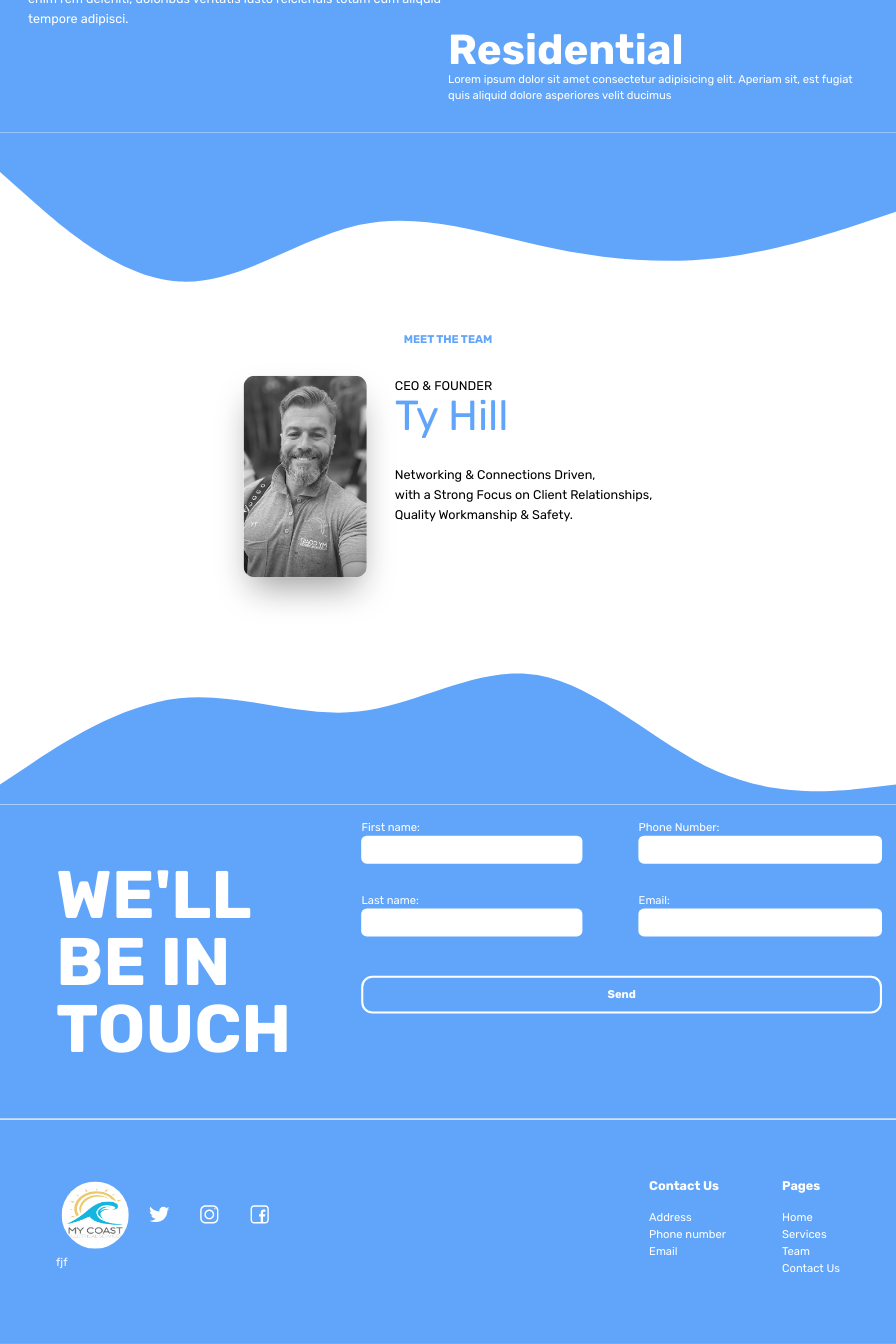
Repository: Jace-Kington/mce-website
Page: /
The author's editor kept a copy of each file at every save. The page is drawn from the files as they stood at one save, then again after the next save.
The browser window is 1280 px wide. The pictures show the part of the page from y = 1377 to 3297 px (the page is 3297 px tall), at 70% of full size.
The project was rebuilt for these pictures with package versions that can differ from the ones it lists, and the page was loaded fresh each time. The framework's server and built-in components were replaced by stand-ins that run in the browser. Also part of the build but not shown: next.config.js.

Above is the page before, as saved 2022-11-12 14:30:22.

After the next save:
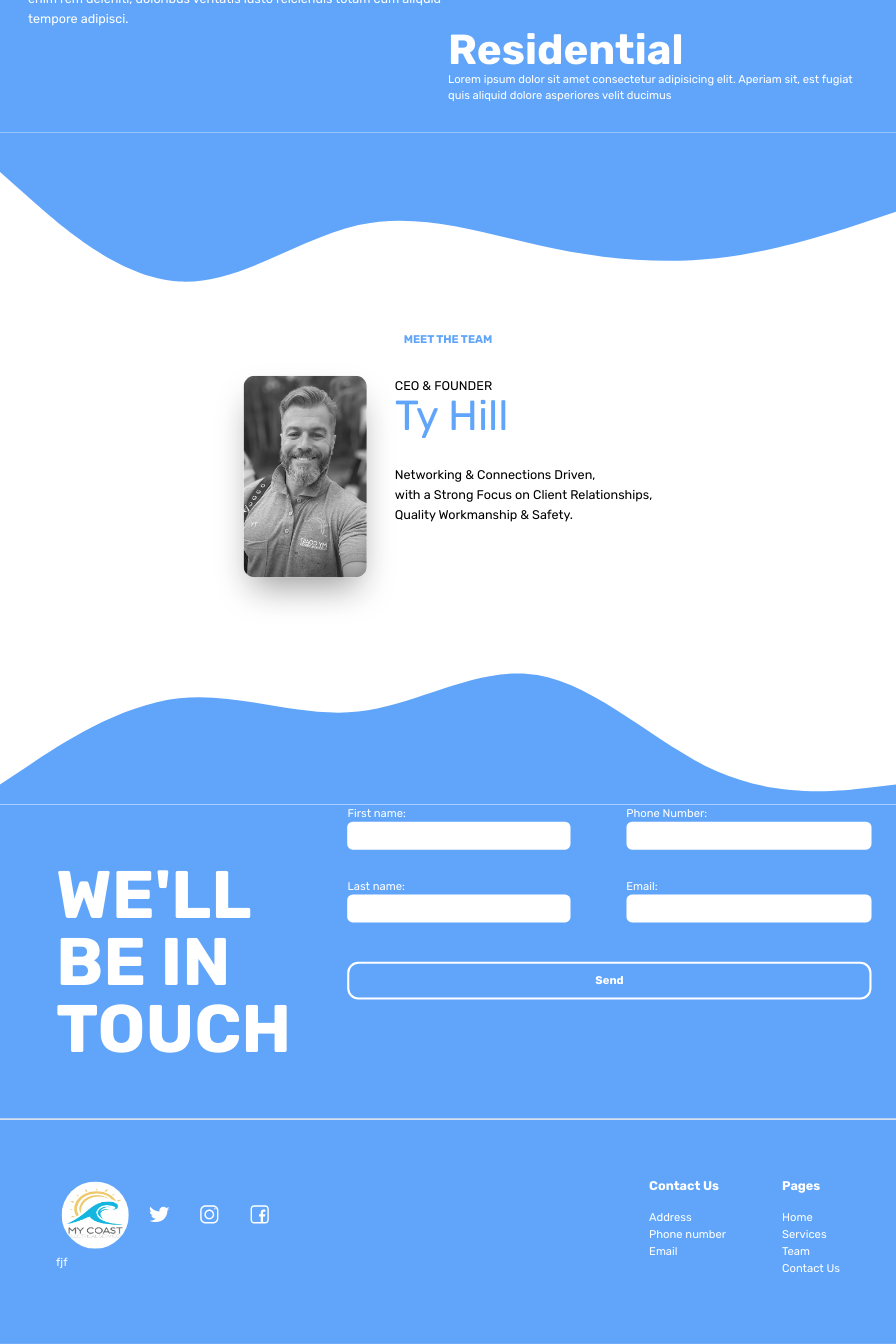
Saved 5 s later.
--- a/components/ContactUs.jsx
+++ b/components/ContactUs.jsx
@@ -33,7 +33,7 @@ const ContactUs = () => {
           <div className='text-white uppercase text-center text-4xl font-semibold md:hidden'>
             We'll Be in Touch
           </div>
-          <form ref = {form} onSubmit = {sendEmail} className = 'pt-20 p-5 sm:p-5'>
+          <form ref = {form} onSubmit = {sendEmail} className = 'pt-20 p-5 sm:p-0'>
             <div className = 'flex gap-20 '>
               <div className = 'flex flex-col gap-10'>
                 <div>
